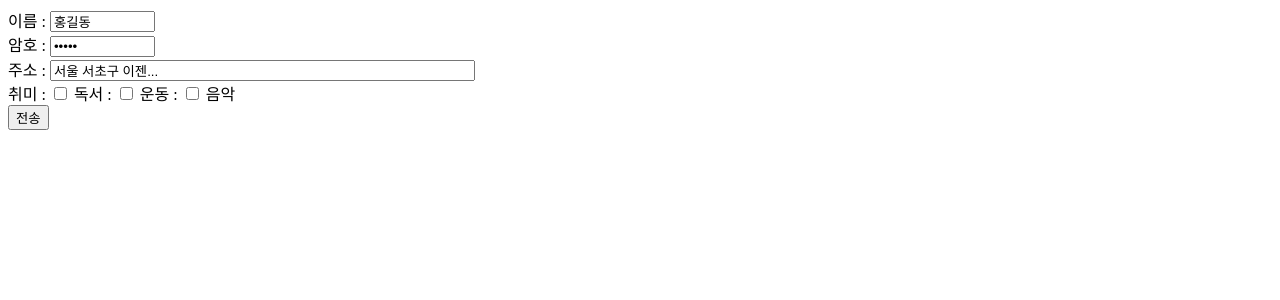
Repository: HongMW/study
Page: http://localhost/jsp01_basic/jsp02_elements/jsp08_parameters.jsp
The author's editor kept a copy of each file at every save. The page is drawn from the files as they stood at one save, then again after the next save.
The browser window is 1280 px wide. The pictures show the whole page.
The page is served by Tomcat 9. Other server files are loaded and not shown.

Above is the page before, as saved 2022-12-12 02:34:22.

### 04.jsp/jsp01_basic/WebContent/jsp02_elements/jsp08_parameters.jsp
<%@page language="java" contentType="text/html; charset=UTF-8" pageEncoding="UTF-8"%>
<!DOCTYPE html>
<html>
<head>
<meta charset="UTF-8">
<title>Insert title here</title>
</head>
<body>
	<form action="jsp09_parameters_view.jsp" method="get">
		이름 : <input type="text" name ="name" size="10" value="홍길동"><br>
		암호 : <input type="password" name ="pw" size="10" value="12345"><br>
		주소 : <input type="text" name ="addr" size="50" value="서울 서초구 이젠..."><br>
		취미 : <input type="checkbox" name ="hobby" size="10" value="독서"> 독서
		 	 : <input type="checkbox" name ="hobby" size="10" value="운동"> 운동
			 : <input type="checkbox" name ="hobby" size="10" value="음악"> 음악<br>
		<input type="submit" value="전송">
	</form>
</body>
</html>

After the next save:
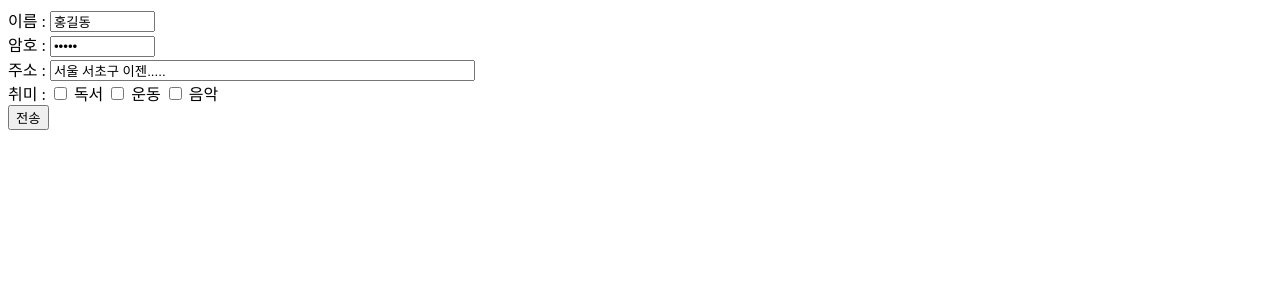
Saved 4 min 1 s later.
--- a/04.jsp/jsp01_basic/WebContent/jsp02_elements/jsp08_parameters.jsp
+++ b/04.jsp/jsp01_basic/WebContent/jsp02_elements/jsp08_parameters.jsp
@@ -6,13 +6,13 @@
 <title>Insert title here</title>
 </head>
 <body>
-	<form action="jsp09_parameters_view.jsp" method="get">
-		이름 : <input type="text" name ="name" size="10" value="홍길동"><br>
-		암호 : <input type="password" name ="pw" size="10" value="12345"><br>
-		주소 : <input type="text" name ="addr" size="50" value="서울 서초구 이젠..."><br>
-		취미 : <input type="checkbox" name ="hobby" size="10" value="독서"> 독서
-		 	 : <input type="checkbox" name ="hobby" size="10" value="운동"> 운동
-			 : <input type="checkbox" name ="hobby" size="10" value="음악"> 음악<br>
+	<form action="jsp09_parameters_view.jsp" method="post">
+		이름 : <input type="text" name="name"  size="10" value="홍길동"><br>
+		암호 : <input type="password" name="pw"  size="10" value="12345"><br>
+		주소 : <input type="text" name="addr"  size="50" value="서울 서초구 이젠....."><br>
+		취미 : <input type="checkbox" name="hobby"  size="10" value="독서"> 독서
+		       <input type="checkbox" name="hobby"  size="10" value="운동"> 운동
+		       <input type="checkbox" name="hobby"  size="10" value="음악"> 음악<br>
 		<input type="submit" value="전송">
 	</form>
 </body>
